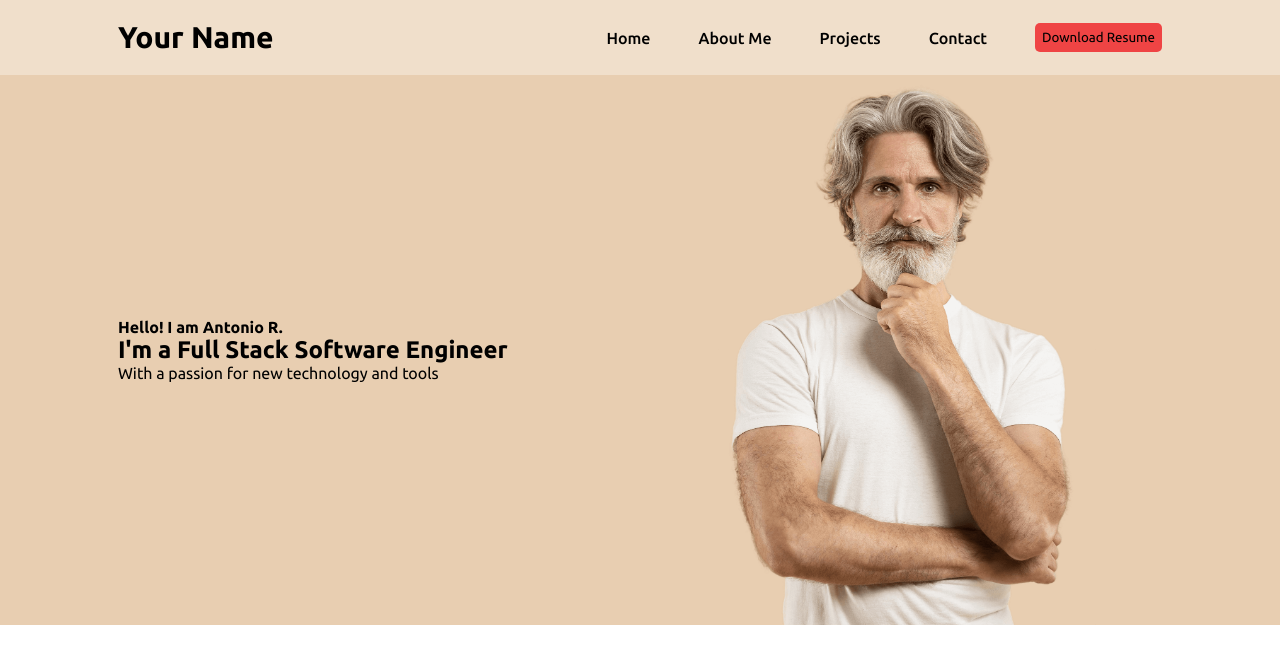
Repository: DevAntonioRogers/vanilla-portfolio
Page: index.html
The author's editor kept a copy of each file at every save. The page is drawn from the files as they stood at one save, then again after the next save.
The browser window is 1280 px wide. The pictures show the whole page.

Above is the page before, as saved 2023-07-14 16:46:49.

After the next save:
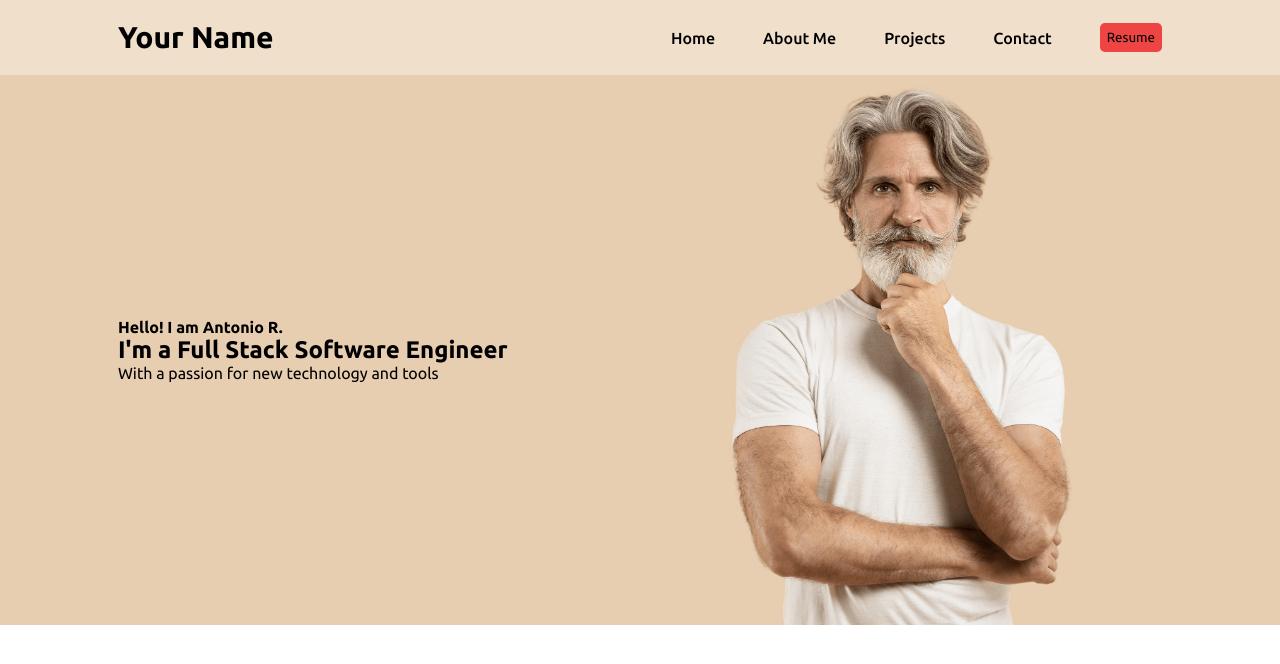
Saved 21 s later.
--- a/index.html
+++ b/index.html
@@ -25,7 +25,7 @@
           </li>
           <li>
             <a href="/resume.pdf" download aria-label="Download Resume">
-              <button class="navbar-button">Download Resume</button>
+              <button class="navbar-button">Resume</button>
             </a>
           </li>
         </ul>
